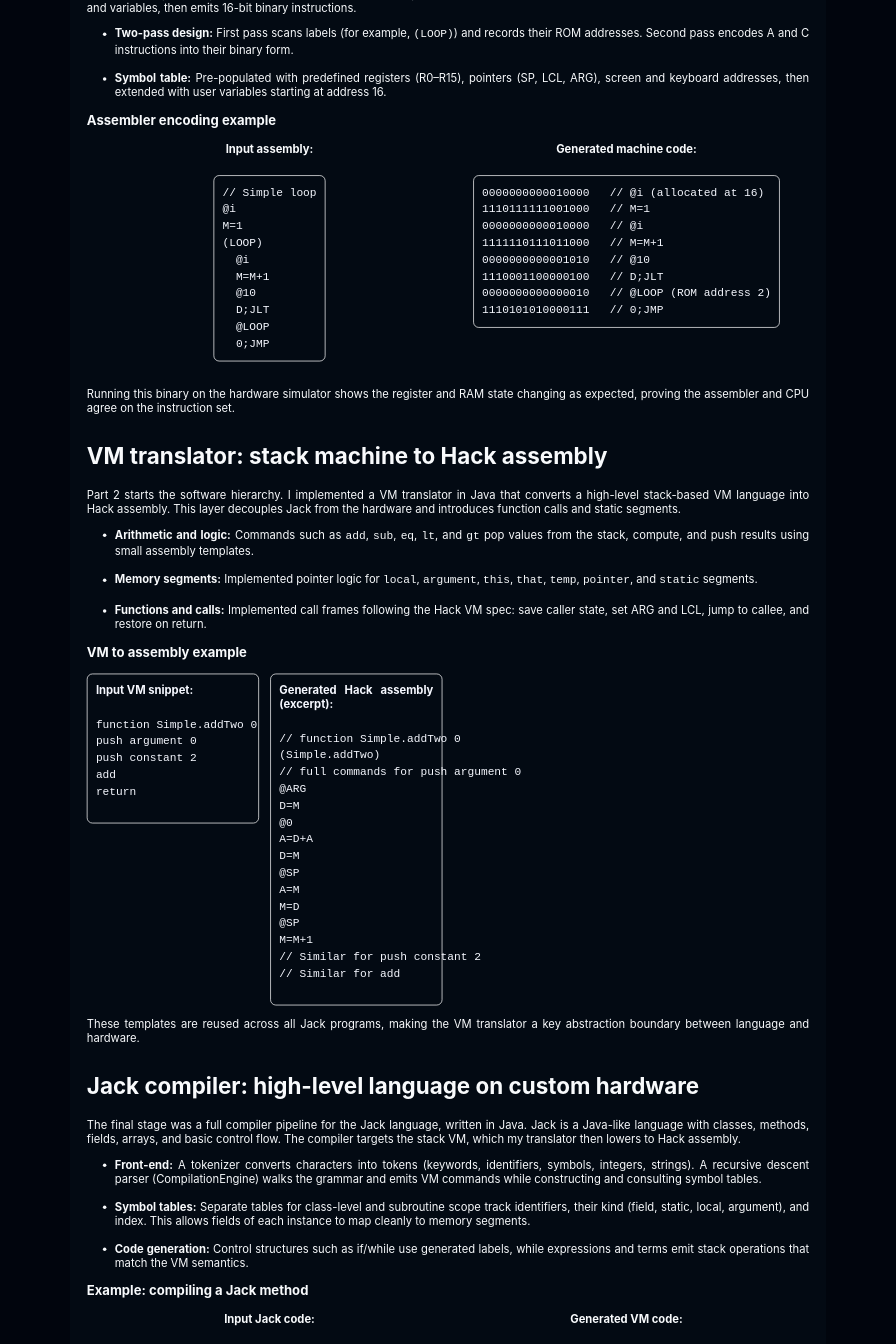
Repository: Abdulaziz-04/Abdulaziz-04.github.io
Page: deepdives/backend_systems/nand2tetris/nand2tetris.html
An editor plug-in stored every save of this project. The page is shown before and after the next save, followed by the edit.
The browser window is 1280 px wide. The pictures show the part of the page from y = 2656 to 4576 px (the page is 6097 px tall before and 6101 px after), at 70% of full size.

Above is the page before, as saved 2025-11-20 21:32:25.

### deepdives/backend_systems/nand2tetris/nand2tetris.html
<!DOCTYPE html>
<html lang="en">
  <head>
    <meta charset="UTF-8" />
    <meta name="viewport" content="width=device-width, initial-scale=1" />
    <title>
      From Nand to Tetris: Building a Computer and Compiler from Scratch
    </title>
    <link rel="stylesheet" href="../../../assets/css/styles.css" />
    <style>
      .project-detail-page pre,
      .project-detail-page code {
        font-size: 1rem;
        line-height: 1.5;
      }

      .project-detail-page pre {
        display: flex;
        justify-content: center;
        margin: 1.25rem auto;
      }

      .project-detail-page pre code {
        display: inline-block;
        text-align: left;
      }

      .code-pair {
        display: grid;
        grid-template-columns: repeat(2, minmax(0, 1fr));
        gap: 1.25rem;
        align-items: start;
        justify-items: center;
        max-width: 1000px;
        margin: 0 auto;
      }

      .code-pair > div {
        display: flex;
        flex-direction: column;
        gap: 0.5rem;
        align-items: center;
      }

      .code-pair p {
        margin: 0;
        text-align: center;
        width: 100%;
      }

      .code-bordered {
        border: 1px solid #ffffff;
        border-radius: 8px;
        padding: 0.75rem;
        display: block;
        width: fit-content;
        max-width: 100%;
        margin: 0.75rem auto;
      }

      .project-detail-page pre.code-bordered {
        margin: 0 auto 1.25rem;
        justify-content: flex-start;
      }

      .code-card {
        color: #f6f8ff;
        border: 1px solid #ffffff;
        border-radius: 8px;
        padding: 0.75rem;
        background: transparent;
        box-shadow: none;
        display: flex;
        flex-direction: column;
        gap: 0.5rem;
        width: 100%;
      }

      .code-card__title {
        margin: 0;
        font-weight: 700;
        text-align: left;
      }

      .code-card code {
        display: block;
        white-space: pre;
        width: 100%;
      }

      .code-card.vm-block,
      .code-card.asm-block {
        border-color: #ffffff;
      }

      .code-grid {
        display: grid;
        grid-template-columns: repeat(4, minmax(0, 1fr));
        gap: 1rem;
        align-items: start;
        max-width: 1200px;
        margin: 0 auto;
      }

      .asm-columns {
        display: grid;
        grid-template-columns: repeat(auto-fit, minmax(220px, 1fr));
        gap: 0.75rem;
        align-items: start;
      }

      .asm-columns pre {
        margin: 0;
        padding: 0;
        border: none;
        background: transparent;
      }

      .asm-columns pre code {
        display: block;
        white-space: pre;
        width: 100%;
      }
    </style>
  </head>

  <body class="project-detail-page">
    <header class="detail-hero">
      <a
        class="category-back"
        href="../../../projects/compiler-blockchain.html"
      >
        &larr; Back to Projects
      </a>

      <p
        class="category-pill"
        onclick="window.location.href='../../../projects/compiler-blockchain.html'"
      >
        Backend &amp; Distributed Logic
      </p>
      <br />
      <h1>
        From Nand to Tetris: Building a Computer and Compiler from Scratch
      </h1>

      <p class="detail-summary">
        <b>
          Two–part systems project where I built a full 16-bit computer,
          assembler, virtual machine, and compiler from primitive NAND gates.
          The stack ends in a high-level programming language called Jack that
          runs on the hardware I designed using an emulator.
        </b>
      </p>

      <p class="detail-summary">
        I completed all projects for both Coursera courses
        <i>“Build a Modern Computer from First Principles: Part 1 and Part 2”</i
        >, submitted every assignment, scored <b>98%</b> overall, and earned
        both certifications.
      </p>

      <ul class="detail-meta">
        <li>
          <strong>Tech Stack:</strong>
          Hardware Description Language (HDL), Hack assembly, Jack language,
          Java (assembler, VM translator, compiler), shell tooling, hardware and
          VM emulators
        </li>
      </ul>
    </header>

    <main class="section detail-content">
      <!-- HERO IMAGE -->
      <section class="detail-section detail-hero-gif">
        <figure class="gallery-item gallery-item--wide">
          <img
            src="./images/nand2tetris_intro.png"
            alt="Hardware and software hierarchy from NAND gate up to high level language"
            style="display: block; margin: 0 auto; max-width: 90%; height: auto"
          />
          <figcaption style="text-align: center">
            The full stack I implemented: from a single NAND gate to logic
            chips, CPU, assembler, VM, and Jack compiler running user programs.
          </figcaption>
        </figure>
      </section>

      <!-- QUICK INSIGHTS -->
      <section class="detail-section">
        <h2>Quick insights</h2>
        <ul class="psr-list">
          <li>
            <strong>Goal:</strong>
            Design a full computer system from the logic-gate level and build a
            usable high-level programming language called Jack with it's own
            compiler and toolchain that runs games and apps on that hardware.
          </li>
          <br />
          <li>
            <strong>Scope:</strong>
            Implemented over <b>30+</b> hardware chips in HDL, a
            <b>16-bit Hack CPU and memory system</b>, a two-stage software stack
            (assembler and VM translator), and a multi-pass Jack compiler.
          </li>
          <br />
          <li>
            <strong>Outcome:</strong>
            The final system runs full Jack programs such as Tetris and a simple
            operating system (arrays, math library, memory manager), compiled by
            my Java tools from Jack to machine language that executes on the
            hardware I built (via emulation).
          </li>
        </ul>
      </section>

      <!-- HARDWARE PLATFORM -->
      <section class="detail-section">
        <h2>Hardware platform: from NAND to a 16-bit computer</h2>
        <p>
          Part 1 focused on creating the hardware stack using the course HDL.
          Starting from a single NAND primitive, I implemented combinational and
          sequential chips and composed them into a usable computer.
        </p>

        <ul>
          <li>
            <b>Core logic:</b> Built gates such as NOT, AND, OR, MUX, and
            adders, then composed them into an <b>ALU</b> (Arithmetic Logic
            Unit) supporting arithmetic, bitwise operations, and zero/negative
            flags.
          </li>
          <br />
          <li>
            <b>Stateful components:</b> Implemented Register, RAM8/64/4K/16K,
            counters, and a screen-mapped memory unit using flip-flops and
            clocked logic.
          </li>
          <br />
          <li>
            <b>CPU and computer:</b> Wired the ALU (Arithmetic Logic Unit),
            registers, and instruction decoder into a Hack CPU supporting
            A-instruction and C-instruction i.e. Address and Compute
            instructions plus conditional jumps, then added ROM and memory to
            form the complete computer chip.
          </li>
        </ul>

        <h3>Example: ALU snippet and behavior</h3>
        <p>
          The ALU combines configurable input negation, zeroing, and function
          selection. Here is a simplified HDL excerpt (names adjusted for
          brevity):
        </p>

        <pre class="code-bordered"><code>// Simplified ALU style HDL
CHIP ALU {
  IN  x[16], y[16],
      zx, nx, zy, ny, f, no;
  OUT out[16], zr, ng;

  PARTS:
  Mux16(a=x, b=false, sel=zx, out=xz);
  Not16(in=xz, out=xn);
  Mux16(a=xz, b=xn, sel=nx, out=x1);

  Mux16(a=y, b=false, sel=zy, out=yz);
  Not16(in=yz, out=yn);
  Mux16(a=yz, b=yn, sel=ny, out=y1);

  Add16(a=x1, b=y1, out=sum);
  And16(a=x1, b=y1, out=andv);
  Mux16(a=andv, b=sum, sel=f, out=out0);

  Not16(in=out0, out=out1);
  Mux16(a=out0, b=out1, sel=no, out=out);

  Or16Way(in=out, out=any);
  Not(in=any, out=zr);
  And(in=out[15], in2=true, out=ng);
}</code></pre>

        <p>
          With these control bits, higher-level instructions like D=D+M or M=!M
          are implemented simply by choosing the correct input parameter
          combination.
        </p>
      </section>

      <!-- ASSEMBLER -->
      <section class="detail-section">
        <h2>Assembler: Hack assembly to machine code</h2>
        <p>
          Once the computer chip worked in simulation, I wrote a two-pass
          assembler in Java for the Hack assembly language. It resolves labels
          and variables, then emits 16-bit binary instructions.
        </p>

        <ul>
          <li>
            <b>Two-pass design:</b> First pass scans labels (for example,
            <code>(LOOP)</code>) and records their ROM addresses. Second pass
            encodes A and C instructions into their binary form.
          </li>
          <br />
          <li>
            <b>Symbol table:</b> Pre-populated with predefined registers
            (R0–R15), pointers (SP, LCL, ARG), screen and keyboard addresses,
            then extended with user variables starting at address 16.
          </li>
        </ul>

        <h3>Assembler encoding example</h3>

        <div class="code-pair">
          <div>
            <p><b>Input assembly:</b></p>
            <pre class="code-card vm-block"><code>// Simple loop
@i
M=1
(LOOP)
  @i
  M=M+1
  @10
  D;JLT
  @LOOP
  0;JMP</code></pre>
          </div>

          <div>
            <p><b>Generated machine code:</b></p>
            <pre
              class="code-card asm-block"
            ><code>0000000000010000   // @i (allocated at 16)
1110111111001000   // M=1
0000000000010000   // @i
1111110111011000   // M=M+1
0000000000001010   // @10
1110001100000100   // D;JLT
0000000000000010   // @LOOP (ROM address 2)
1110101010000111   // 0;JMP</code></pre>
          </div>
        </div>

        <p>
          Running this binary on the hardware simulator shows the register and
          RAM state changing as expected, proving the assembler and CPU agree on
          the instruction set.
        </p>
      </section>

      <!-- VM TRANSLATOR -->
      <section class="detail-section">
        <h2>VM translator: stack machine to Hack assembly</h2>
        <p>
          Part 2 starts the software hierarchy. I implemented a VM translator in
          Java that converts a high-level stack-based VM language into Hack
          assembly. This layer decouples Jack from the hardware and introduces
          function calls and static segments.
        </p>

        <ul>
          <li>
            <b>Arithmetic and logic:</b> Commands such as <code>add</code>,
            <code>sub</code>, <code>eq</code>, <code>lt</code>, and
            <code>gt</code> pop values from the stack, compute, and push results
            using small assembly templates.
          </li>
          <br />
          <li>
            <b>Memory segments:</b> Implemented pointer logic for
            <code>local</code>, <code>argument</code>, <code>this</code>,
            <code>that</code>, <code>temp</code>, <code>pointer</code>, and
            <code>static</code> segments.
          </li>
          <br />
          <li>
            <b>Functions and calls:</b> Implemented call frames following the
            Hack VM spec: save caller state, set ARG and LCL, jump to callee,
            and restore on return.
          </li>
        </ul>

        <h3>VM to assembly example</h3>

        <div class="code-grid">
          <div class="code-card vm-block">
            <p class="code-card__title">Input VM snippet:</p>
            <pre><code>function Simple.addTwo 0
push argument 0
push constant 2
add
return</code></pre>
          </div>

          <div class="code-card asm-block">
            <p class="code-card__title">Generated Hack assembly (excerpt):</p>
            <pre><code>// function Simple.addTwo 0
(Simple.addTwo)
// full commands for push argument 0
@ARG
D=M
@0
A=D+A
D=M
@SP
A=M
M=D
@SP
M=M+1
// Similar for push constant 2
// Similar for add
</code></pre>
          </div>
        </div>

        <p>
          These templates are reused across all Jack programs, making the VM
          translator a key abstraction boundary between language and hardware.
        </p>
      </section>

      <!-- JACK COMPILER -->
      <section class="detail-section">
        <h2>Jack compiler: high-level language on custom hardware</h2>
        <p>
          The final stage was a full compiler pipeline for the Jack language,
          written in Java. Jack is a Java-like language with classes, methods,
          fields, arrays, and basic control flow. The compiler targets the stack
          VM, which my translator then lowers to Hack assembly.
        </p>

        <ul>
          <li>
            <b>Front-end:</b> A tokenizer converts characters into tokens
            (keywords, identifiers, symbols, integers, strings). A recursive
            descent parser (CompilationEngine) walks the grammar and emits VM
            commands while constructing and consulting symbol tables.
          </li>
          <br />
          <li>
            <b>Symbol tables:</b> Separate tables for class-level and subroutine
            scope track identifiers, their kind (field, static, local,
            argument), and index. This allows fields of each instance to map
            cleanly to memory segments.
          </li>
          <br />
          <li>
            <b>Code generation:</b> Control structures such as if/while use
            generated labels, while expressions and terms emit stack operations
            that match the VM semantics.
          </li>
        </ul>

        <h3>Example: compiling a Jack method</h3>

        <div class="code-pair">
          <div>
            <p><b>Input Jack code:</b></p>
            <pre class="code-card vm-block"><code>class Counter {
  field int value;

  method void inc(int delta) {
    let value = value + delta;
    return;
  }
}</code></pre>
          </div>
          <div>
            <p><b>Generated VM code:</b></p>
            <pre class="code-card asm-block"><code>// method Counter.inc 1
function Counter.inc 1
  // push this.value
  push argument 0     // this
  pop pointer 0       // this -> THIS
  push this 0
  // push delta
  push argument 1
  add
  pop this 0
  push constant 0
  return</code></pre>
          </div>
        </div>

        <p>
          Running this through the VM translator and assembler produces Hack
          machine code that manipulates the <code>value</code> field stored in
          the heap area controlled by the OS memory manager.
        </p>

        <h3>Example: parsing expressions in Java</h3>
        <p>
          The recursive descent compiler uses small focused methods that mirror
          the grammar. For example, expression compilation handles operator
          precedence and emits VM operations as it walks the parse tree.
        </p>

        <pre class="code-bordered"><code>// Simplified Java-style excerpt
private void compileExpression() {
  compileTerm();
  while (tokenIsOneOf("+", "-", "*", "/", "&amp;", "|", "&lt;", "&gt;", "=")) {
    String op = currentToken();
    advance();
    compileTerm();
    writeArithmetic(op);  // maps '+' to 'add', '&lt;' to 'lt', etc.
  }
}</code></pre>

        <p>
          This design keeps the compiler readable and makes it easy to trace
          from Jack source through VM and assembly when debugging.
        </p>
      </section>

      <!-- END-TO-END PIPELINE -->
      <section class="detail-section">
        <h2>End-to-end pipeline and final programs</h2>
        <p>
          With the full pipeline in place, I compiled and ran several Jack
          applications, including the supplied Tetris, a simple OS API, and my
          own small programs that manipulate memory, draw graphics, and handle
          keyboard input.
        </p>

        <ul>
          <li>
            <b>End-to-end flow:</b> Jack source (User Input Programming
            Language) → Java Compiler → VM code → Java VM translator → Hack
            assembly → Java assembler → 16-bit machine code → executed on the
            computer emulated from NAND gates. The Compiler, VM translator and
            assembler were built from scratch in Java.
          </li>
          <br />
          <li>
            <b>Debugging:</b> Used the hardware and VM simulators to step
            through instructions, inspect RAM and stack, and validate that
            higher-level bugs were not caused by lower-level hardware mistakes.
          </li>
        </ul>
      </section>

      <!-- IMPACT & LEARNINGS -->
      <section class="detail-section detail-impact">
        <h2>Impact and learnings</h2>
        <ul>
          <li>
            <b>Systems thinking:</b> Gained a concrete understanding of how
            compilers, virtual machines, and hardware interact, instead of
            treating them as black boxes.
          </li>
          <br />
          <li>
            <b>Compiler and language design:</b> Implemented a real compiler
            front-end and back-end, including lexical analysis, parsing, symbol
            tables, and code generation for a custom language.
          </li>
          <br />
          <li>
            <b>Hardware intuition:</b> Designing the ALU, CPU, and memory from
            primitive gates sharpened my intuition for performance, instruction
            set design, and the cost of different operations.
          </li>
          <br />
          <li>
            <b>Reliability through abstraction:</b> Each layer (HDL chips,
            assembler, VM, compiler) had a clear contract and test suite, which
            made debugging manageable despite how much was built from scratch.
          </li>
        </ul>
      </section>
    </main>
  </body>
</html>

Loaded but not shown: assets/css/styles.css (941 lines, source omitted)

After the next save:
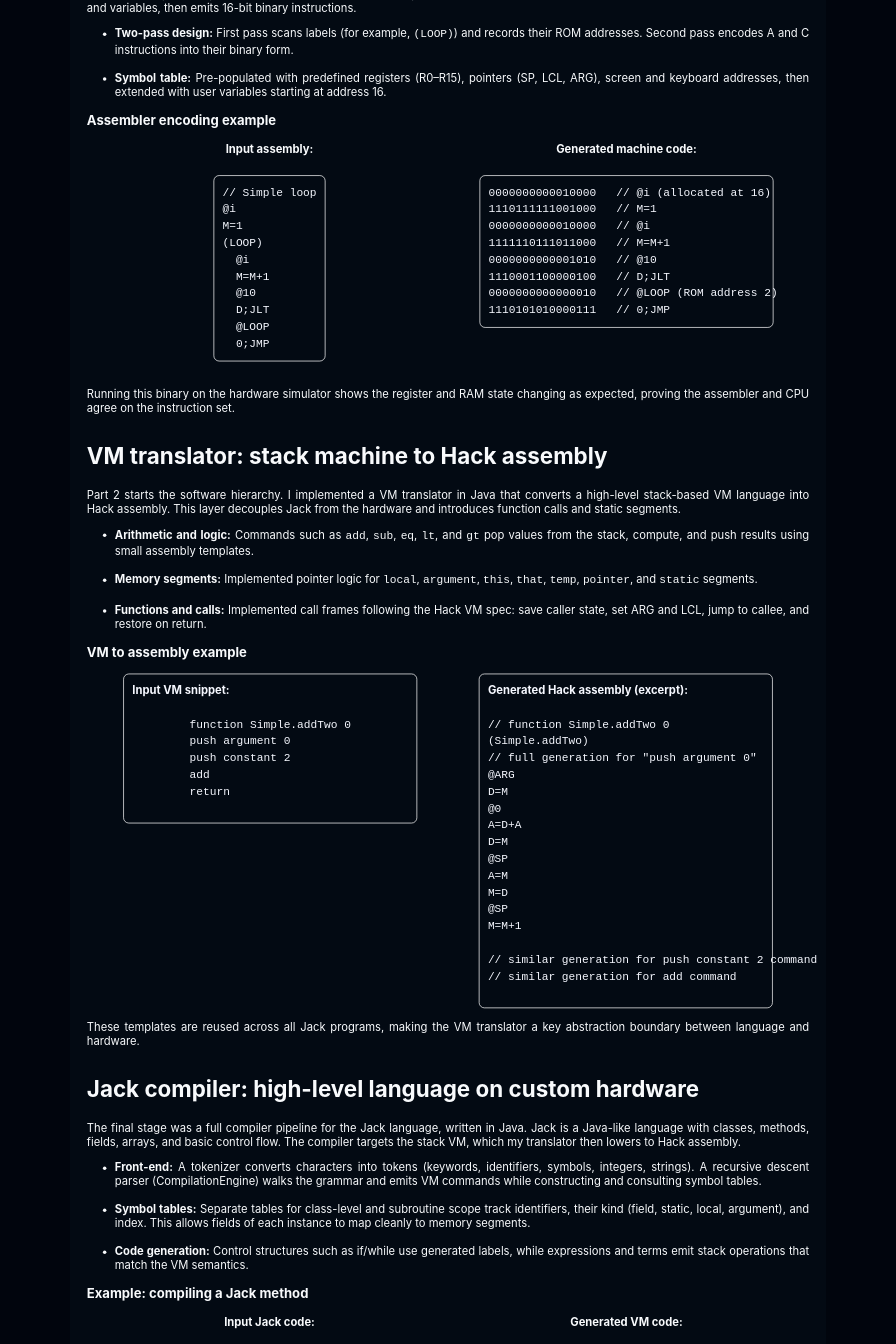
Saved 3 min 16 s later.
--- a/deepdives/backend_systems/nand2tetris/nand2tetris.html
+++ b/deepdives/backend_systems/nand2tetris/nand2tetris.html
@@ -74,6 +74,7 @@
         flex-direction: column;
         gap: 0.5rem;
         width: 100%;
+        max-width: 420px;
       }
 
       .code-card__title {
@@ -95,10 +96,11 @@
 
       .code-grid {
         display: grid;
-        grid-template-columns: repeat(4, minmax(0, 1fr));
+        grid-template-columns: repeat(2, minmax(0, 1fr));
         gap: 1rem;
         align-items: start;
-        max-width: 1200px;
+        justify-items: center;
+        max-width: 1000px;
         margin: 0 auto;
       }
 
@@ -393,11 +395,11 @@ add
 return</code></pre>
           </div>
 
-          <div class="code-card asm-block">
+          <div class="code-card asm-block" style="grid-column: span 1">
             <p class="code-card__title">Generated Hack assembly (excerpt):</p>
             <pre><code>// function Simple.addTwo 0
 (Simple.addTwo)
-// full commands for push argument 0
+// full generation for "push argument 0"
 @ARG
 D=M
 @0
@@ -408,8 +410,9 @@ A=M
 M=D
 @SP
 M=M+1
-// Similar for push constant 2
-// Similar for add
+
+// similar generation for push constant 2 command
+// similar generation for add command
 </code></pre>
           </div>
         </div>
